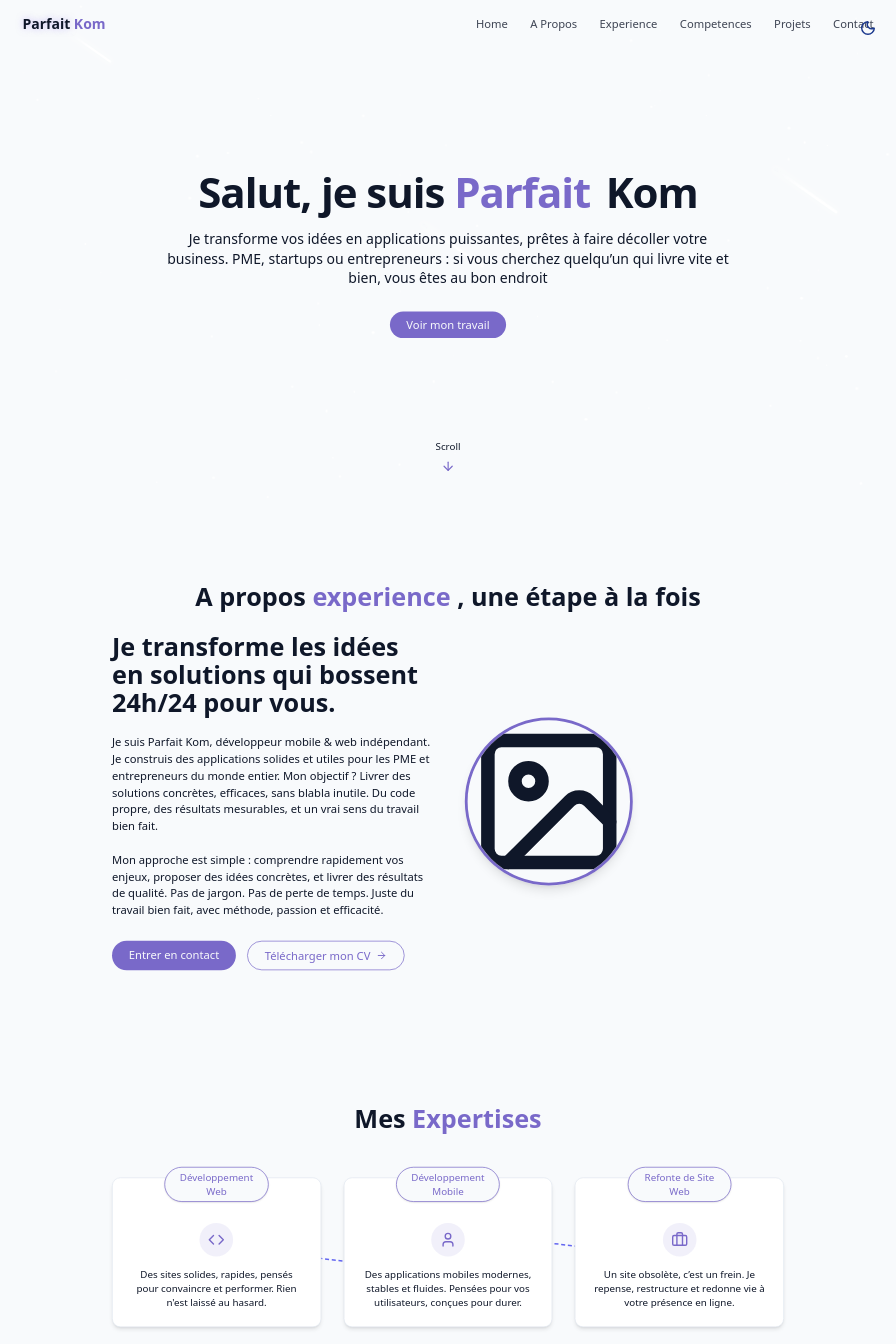
Repository: KOMI18/komi-folio
Page: /
The author's editor kept a copy of each file at every save. The page is drawn from the files as they stood at one save, then again after a run of saves.
The browser window is 1280 px wide. The pictures show the part of the page from y = 0 to 1920 px (the page is 6083 px tall), at 70% of full size.
The project was rebuilt for these pictures with package versions that can differ from the ones it lists, and the page was loaded fresh each time. Also part of the build but not shown: vite.config.js, src/pages/NotFound.jsx.

Above is the page before, as saved 2025-06-27 20:10:10.

### index.html
<!doctype html>
<html lang="en">
  <head>
    <meta charset="UTF-8" />
    <link rel="icon" type="image/svg+xml" href="" />
    <meta name="viewport" content="width=device-width, initial-scale=1.0" />
    <title>Parfait Kom</title>
  </head>
  <body>
    <div id="root"></div>
    <script type="module" src="/src/main.jsx"></script>
  </body>
</html>

### src/pages/Home.jsx
import { Navbar } from "../components/Navbar";
import { ThemeToggle } from "../components/ThemeToggle";
import { StarBackground } from "@/components/StarBackground";
import { HeroSection } from "../components/HeroSection";
import { AboutSection } from "../components/AboutSection";
import { SkillsSection } from "../components/SkillsSection";
import { ProjectsSection } from "../components/ProjectsSection";
import { ContactSection } from "../components/ContactSection";
import { Footer } from "../components/Footer";
import {ExperienceSection} from "../components/ExperianceSection"
import { ExpertiseSection } from "../components/ExpertiseSection";
export const Home = () => {
  return (
    <div className="min-h-screen bg-background text-foreground overflow-x-hidden">
      {/* Theme Toggle */}
      <ThemeToggle />
      {/* Background Effects */}
      <StarBackground />

      {/* Navbar */}
      <Navbar />
      {/* Main Content */}
      <main>
        <HeroSection />
        <AboutSection />
        <ExpertiseSection/>
        <ExperienceSection/>
        <SkillsSection />
        <ProjectsSection />
        <ContactSection />
      </main>

      {/* Footer */}
      <Footer />
    </div>
  );
};

### src/components/ui/toaster.jsx
import { useToast } from "@/hooks/use-toast";
import {
  Toast,
  ToastClose,
  ToastDescription,
  ToastProvider,
  ToastTitle,
  ToastViewport,
} from "@/components/ui/toast";

export function Toaster() {
  const { toasts } = useToast();

  return (
    <ToastProvider>
      {toasts.map(function ({ id, title, description, action, ...props }) {
        return (
          <Toast key={id} {...props}>
            <div className="grid gap-1">
              {title && <ToastTitle>{title}</ToastTitle>}
              {description && (
                <ToastDescription>{description}</ToastDescription>
              )}
            </div>
            {action}
            <ToastClose />
          </Toast>
        );
      })}
      <ToastViewport />
    </ToastProvider>
  );
}

### src/components/Navbar.jsx
import { cn } from "@/lib/utils";
import { Menu, X } from "lucide-react";
import { useEffect, useState } from "react";

const navItems = [
  { name: "Home", href: "#hero" },
  { name: "A Propos", href: "#about" },
  { name: "Experience", href: "#experience" },
  { name: "Competences", href: "#skills" },
  { name: "Projets", href: "#projects" },
  { name: "Contact", href: "#contact" },


];

export const Navbar = () => {
  const [isScrolled, setIsScrolled] = useState(false);
  const [isMenuOpen, setIsMenuOpen] = useState(false);

  useEffect(() => {
    const handleScroll = () => {
      setIsScrolled(window.screenY > 10);
    };

    window.addEventListener("scroll", handleScroll);
    return () => window.removeEventListener("scroll", handleScroll);
  }, []);
  return (
    <nav
      className={cn(
        "fixed w-full z-40 transition-all duration-300",
        isScrolled ? "py-3 bg-background/80 backdrop-blur-md shadow-xs" : "py-5"
      )}
    >
      <div className="container flex items-center justify-between">
        <a
          className="text-xl font-bold text-primary flex items-center"
          href="#hero"
        >
          <span className="relative z-10">
            <span className="text-glow text-foreground"> Parfait  </span>{" "}
            Kom
          </span>
        </a>

        {/* desktop nav */}
        <div className="hidden md:flex space-x-8">
          {navItems.map((item, key) => (
            <a
              key={key}
              href={item.href}
              className="text-foreground/80 hover:text-primary transition-colors duration-300"
            >
              {item.name}
            </a>
          ))}
        </div>

        {/* mobile nav */}

        <button
          onClick={() => setIsMenuOpen((prev) => !prev)}
          className="md:hidden p-2 text-foreground z-50"
          aria-label={isMenuOpen ? "Close Menu" : "Open Menu"}
        >
          {isMenuOpen ? <X size={24} /> : <Menu size={24} />}{" "}
        </button>

        <div
          className={cn(
            "fixed inset-0 bg-background/95 backdroup-blur-md z-40 flex flex-col items-center justify-center",
            "transition-all duration-300 md:hidden",
            isMenuOpen
              ? "opacity-100 pointer-events-auto"
              : "opacity-0 pointer-events-none"
          )}
        >
          <div className="flex flex-col space-y-8 text-xl">
            {navItems.map((item, key) => (
              <a
                key={key}
                href={item.href}
                className="text-foreground/80 hover:text-primary transition-colors duration-300"
                onClick={() => setIsMenuOpen(false)}
              >
                {item.name}
              </a>
            ))}
          </div>
        </div>
      </div>
    </nav>
  );
};

### src/components/ThemeToggle.jsx
import { Moon, Sun } from "lucide-react";
import { useEffect, useState } from "react";
import { cn } from "@/lib/utils";

export const ThemeToggle = () => {
  const [isDarkMode, setIsDarkMode] = useState(false);

  useEffect(() => {
    const storedTheme = localStorage.getItem("theme");
    if (storedTheme === "dark") {
      setIsDarkMode(true);
      document.documentElement.classList.add("dark");
    } else {
      localStorage.setItem("theme", "light");
      setIsDarkMode(false);
    }
  }, []);

  const toggleTheme = () => {
    if (isDarkMode) {
      document.documentElement.classList.remove("dark");
      localStorage.setItem("theme", "light");
      setIsDarkMode(false);
    } else {
      document.documentElement.classList.add("dark");
      localStorage.setItem("theme", "dark");
      setIsDarkMode(true);
    }
  };

  return (
    <button
      onClick={toggleTheme}
      className={cn(
        "fixed max-sm:hidden top-5 right-5 z-50 p-2 rounded-full transition-colors duration-300",
        "focus:outlin-hidden"
      )}
    >
      {isDarkMode ? (
        <Sun className="h-6 w-6 text-yellow-300" />
      ) : (
        <Moon className="h-6 w-6 text-blue-900" />
      )}
    </button>
  );
};

### src/components/StarBackground.jsx
import { useEffect, useState } from "react";

// id, size, x, y, opacity, animationDuration
// id, size, x, y, delay, animationDuration

export const StarBackground = () => {
  const [stars, setStars] = useState([]);
  const [meteors, setMeteors] = useState([]);

  useEffect(() => {
    generateStars();
    generateMeteors();

    const handleResize = () => {
      generateStars();
    };

    window.addEventListener("resize", handleResize);

    return () => window.removeEventListener("resize", handleResize);
  }, []);

  const generateStars = () => {
    const numberOfStars = Math.floor(
      (window.innerWidth * window.innerHeight) / 10000
    );

    const newStars = [];

    for (let i = 0; i < numberOfStars; i++) {
      newStars.push({
        id: i,
        size: Math.random() * 3 + 1,
        x: Math.random() * 100,
        y: Math.random() * 100,
        opacity: Math.random() * 0.5 + 0.5,
        animationDuration: Math.random() * 4 + 2,
      });
    }

    setStars(newStars);
  };

  const generateMeteors = () => {
    const numberOfMeteors = 4;
    const newMeteors = [];

    for (let i = 0; i < numberOfMeteors; i++) {
      newMeteors.push({
        id: i,
        size: Math.random() * 2 + 1,
        x: Math.random() * 100,
        y: Math.random() * 20,
        delay: Math.random() * 15,
        animationDuration: Math.random() * 3 + 3,
      });
    }

    setMeteors(newMeteors);
  };

  return (
    <div className="fixed inset-0 overflow-hidden pointer-events-none z-0">
      {stars.map((star) => (
        <div
          key={star.id}
          className="star animate-pulse-subtle"
          style={{
            width: star.size + "px",
            height: star.size + "px",
            left: star.x + "%",
            top: star.y + "%",
            opacity: star.opacity,
            animationDuration: star.animationDuration + "s",
          }}
        />
      ))}

      {meteors.map((meteor) => (
        <div
          key={meteor.id}
          className="meteor animate-meteor"
          style={{
            width: meteor.size * 50 + "px",
            height: meteor.size * 2 + "px",
            left: meteor.x + "%",
            top: meteor.y + "%",
            animationDelay: meteor.delay,
            animationDuration: meteor.animationDuration + "s",
          }}
        />
      ))}
    </div>
  );
};

### src/components/HeroSection.jsx
import { ArrowDown } from "lucide-react";

export const HeroSection = () => {
  return (
    <section
      id="hero"
      className="relative min-h-screen flex flex-col items-center justify-center px-4"
    >
      <div className="container max-w-4xl mx-auto text-center z-10">
        <div className="space-y-6">
          <h1 className="text-4xl md:text-6xl font-bold tracking-tight">
            <span className="opacity-0 animate-fade-in">Salut, je suis</span>
            <span className="text-primary opacity-0 animate-fade-in-delay-1">
              {" "}
              Parfait
            </span>
            <span className="text-gradient ml-2 opacity-0 animate-fade-in-delay-2">
              {" "}
              Kom
            </span>
          </h1>

          <p className="text-lg md:text-xl text-muted-foreground max-2-2xl mx-auto opacity-0 animate-fade-in-delay-3">
          Je transforme vos idées en applications  puissantes, prêtes à faire décoller votre business.
          PME, startups ou entrepreneurs : si vous cherchez quelqu’un qui livre vite et bien, vous êtes au bon endroit
          </p>

          <div className="pt-4 opacity-0 animate-fade-in-delay-4">
            <a href="#projects" className="cosmic-button">
             Voir mon travail
            </a>
          </div>
        </div>
      </div>

      <div className="absolute bottom-8 left-1/2 transform -translate-x-1/2 flex flex-col items-center animate-bounce">
        <span className="text-sm text-muted-foreground mb-2"> Scroll </span>
        <ArrowDown className="h-5 w-5 text-primary" />
      </div>
    </section>
  );
};

### src/components/AboutSection.jsx

import { ArrowRight , Image} from "lucide-react";

export const AboutSection = () => {
  return (
    <section id="about" className="py-24 px-4 bg-background">
       <h2 className="text-3xl md:text-4xl font-bold mb-4 py-4 text-center">
          {" "}
          A propos <span className="text-primary">experience</span> , une étape à la fois
        </h2>
      <div className="container mx-auto max-w-5xl grid grid-cols-1 md:grid-cols-2 gap-12 items-center">
        {/* Image */}


        {/* Content */}
        <div className="space-y-6">
          <h2 className="text-3xl md:text-4xl font-bold text-left  md:text-left">
            Je transforme les idées en solutions qui bossent 24h/24 pour vous.
          </h2>

          <p className="text-muted-foreground text-left md:text-left">
            Je suis Parfait Kom, développeur mobile & web indépendant. Je construis des applications solides et utiles pour les PME et entrepreneurs du monde entier. Mon objectif ? Livrer des solutions concrètes, efficaces, sans blabla inutile. Du code propre, des résultats mesurables, et un vrai sens du travail bien fait.
          </p>

          <p className="text-muted-foreground text-left md:text-left">
            Mon approche est simple : comprendre rapidement vos enjeux, proposer des idées concrètes, et livrer des résultats de qualité. Pas de jargon. Pas de perte de temps. Juste du travail bien fait, avec méthode, passion et efficacité.
          </p>

          <div className="flex flex-col sm:flex-row gap-4 pt-2">
            <a href="#contact" className="cosmic-button">
              Entrer en contact
            </a>

            <a
              href="/docs/Parfait_Kom_CV.pdf"
              download
              className="px-6 py-2 rounded-full border border-primary text-primary hover:bg-primary/10 transition-colors duration-300 flex items-center gap-2"
            >
              Télécharger mon CV <ArrowRight className="w-4 h-4" />
            </a>
          </div>
        </div>
        <div className="flex justify-center md:justify-start">
          <div className="w-48 h-48 md:w-60 md:h-60 rounded-full overflow-hidden border-4 border-primary shadow-lg">
            <Image
              src="/images/parfait-kom.jpg"
              alt="Parfait Kom"
              width={240}
              height={240}
              className="w-full h-full object-cover"
            />
          </div>
        </div>
      </div>
    </section>
  );
};

export default AboutSection;

### src/components/SkillsSection.jsx
import { useState } from "react";
import { cn } from "@/lib/utils";

const skills = [
  // Frontend
  { name: "HTML/CSS", level: 75, category: "frontend" },
  { name: "Flutter / Dart", level: 70, category: "frontend" },
  { name: "JavaScript", level: 60, category: "frontend" },
  { name: "React", level: 80, category: "frontend" },
  { name: "Tailwind CSS", level: 90, category: "frontend" },


  // Backend
  { name: "Node.js", level: 80, category: "backend" },
  { name: "Express", level: 75, category: "backend" },
  { name: "MongoDB", level: 70, category: "backend" },
  { name: "SQL", level: 70, category: "backend" },

  // Tools
  { name: "Git/GitHub", level: 80, category: "tools" },
  { name: "Docker", level: 50, category: "tools" },
  { name: "Figma", level: 65, category: "tools" },
  { name: "VS Code", level: 95, category: "tools" },
  { name: "Canva", level: 65, category: "tools" },
  { name: "Postman", level: 80, category: "tools" },
  { name: "Notion", level: 80, category: "tools" },
];

const categories = ["Tout", "frontend", "backend", "tools"];

export const SkillsSection = () => {
  const [activeCategory, setActiveCategory] = useState("Tout");

  const filteredSkills = skills.filter(
    (skill) => activeCategory === "Tout" || skill.category === activeCategory
  );
  return (
    <section id="skills" className="py-24 px-4 relative bg-secondary/30">
      <div className="container mx-auto max-w-5xl">
        <h2 className="text-3xl md:text-4xl font-bold mb-12 text-center">
        Mes  <span className="text-primary"> compétences</span>
        </h2>

        <div className="flex flex-wrap justify-center gap-4 mb-12">
          {categories.map((category, key) => (
            <button
              key={key}
              onClick={() => setActiveCategory(category)}
              className={cn(
                "px-5 py-2 rounded-full transition-colors duration-300 capitalize",
                activeCategory === category
                  ? "bg-primary text-primary-foreground"
                  : "bg-secondary/70 text-forefround hover:bd-secondary"
              )}
            >
              {category}
            </button>
          ))}
        </div>

        <div className="grid grid-cols-1 sm:grid-cols-2 lg:grid-cols-3 gap-6">
          {filteredSkills.map((skill, key) => (
            <div
              key={key}
              className="bg-card p-6 rounded-lg shadow-xs card-hover"
            >
              <div className="text-left mb-4">
                <h3 className="font-semibold text-lg"> {skill.name}</h3>
              </div>
              <div className="w-full bg-secondary/50 h-2 rounded-full overflow-hidden">
                <div
                  className="bg-primary h-2 rounded-full origin-left animate-[grow_1.5s_ease-out]"
                  style={{ width: skill.level + "%" }}
                />
              </div>

              <div className="text-right mt-1">
                <span className="text-sm text-muted-foreground">
                  {skill.level}%
                </span>
              </div>
            </div>
          ))}
        </div>
      </div>
    </section>
  );
};

### src/components/Footer.jsx
import { ArrowUp } from "lucide-react";

export const Footer = () => {
  return (
    <footer className="py-12 px-4 bg-card relative border-t border-border mt-12 pt-8 flex flex-wrap justify-between items-center">
      {" "}
      <p className="text-sm text-muted-foreground">
        {" "}
        &copy; {new Date().getFullYear()} Parfait Kom . All rights reserved.
      </p>
      <a
        href="#hero"
        className="p-2 rounded-full bg-primary/10 hover:bg-primary/20 text-primary transition-colors"
      >
        <ArrowUp size={20} />
      </a>
    </footer>
  );
};

### src/components/ExpertiseSection.jsx
import { Code, User, Briefcase } from "lucide-react";

export const ExpertiseSection = () => {
  const services = [
    {
      icon: <Code className="h-6 w-6 text-primary" />,
      title: "Développement Web",
      description:
        "Des sites solides, rapides, pensés pour convaincre et performer. Rien n'est laissé au hasard."
    },
    {
      icon: <User className="h-6 w-6 text-primary" />,
      title: "Développement Mobile",
      description:
        "Des applications mobiles modernes, stables et fluides. Pensées pour vos utilisateurs, conçues pour durer."
    },
    {
      icon: <Briefcase className="h-6 w-6 text-primary" />,
      title: "Refonte de Site Web",
      description:
        "Un site obsolète, c’est un frein. Je repense, restructure et redonne vie à votre présence en ligne."
    }
  ];

  return (
    <section id="expertise" className="py-24 px-4 bg-background relative">
      <div className="container max-w-5xl mx-auto text-center">
        <h2 className="text-3xl md:text-4xl font-bold mb-16">
          Mes <span className="text-primary">Expertises</span>
        </h2>

        <div className="relative grid grid-cols-1 md:grid-cols-3 gap-8">
          {/* Decorative SVG connecting lines */}
          <svg
            className="absolute inset-0 w-full h-full pointer-events-none"
            viewBox="0 0 1000 200"
            preserveAspectRatio="none"
            fill="none"
            xmlns="http://www.w3.org/2000/svg"
          >
            <path
              d="M 10 100 C 150 50, 350 150, 500 100"
              stroke="#6366f1"
              strokeWidth="2"
              strokeDasharray="6 4"
            />
            <path
              d="M 500 100 C 650 50, 850 150, 990 100"
              stroke="#6366f1"
              strokeWidth="2"
              strokeDasharray="6 4"
            />
          </svg>

          {services.map((service, index) => (
            <div
              key={index}
              className="relative z-10 bg-card border border-border rounded-xl p-6 shadow-md hover:shadow-lg transition-shadow duration-300"
            >
              <div className="absolute -top-4 left-1/2 -translate-x-1/2 bg-background px-3 py-1 rounded-full border border-primary text-primary text-sm font-medium shadow">
                {service.title}
              </div>
              <div className="flex flex-col items-center pt-10 space-y-4">
                <div className="p-3 rounded-full bg-primary/10">{service.icon}</div>
                <p className="text-muted-foreground text-sm text-center">
                  {service.description}
                </p>
              </div>
            </div>
          ))}
        </div>
      </div>
    </section>
  );
};

Loaded but not shown: src/main.jsx (common file); src/App.jsx (common file); src/index.css (common file); src/lib/utils.js (common file); src/hooks/use-toast.js (144 lines, source omitted); src/components/ContactSection.jsx (186 lines, source omitted); src/components/ProjectsSection.jsx (131 lines, source omitted); src/components/ui/toast.jsx (102 lines, source omitted); src/components/ExperianceSection.jsx (84 lines, source omitted)

After the next 2 saves:
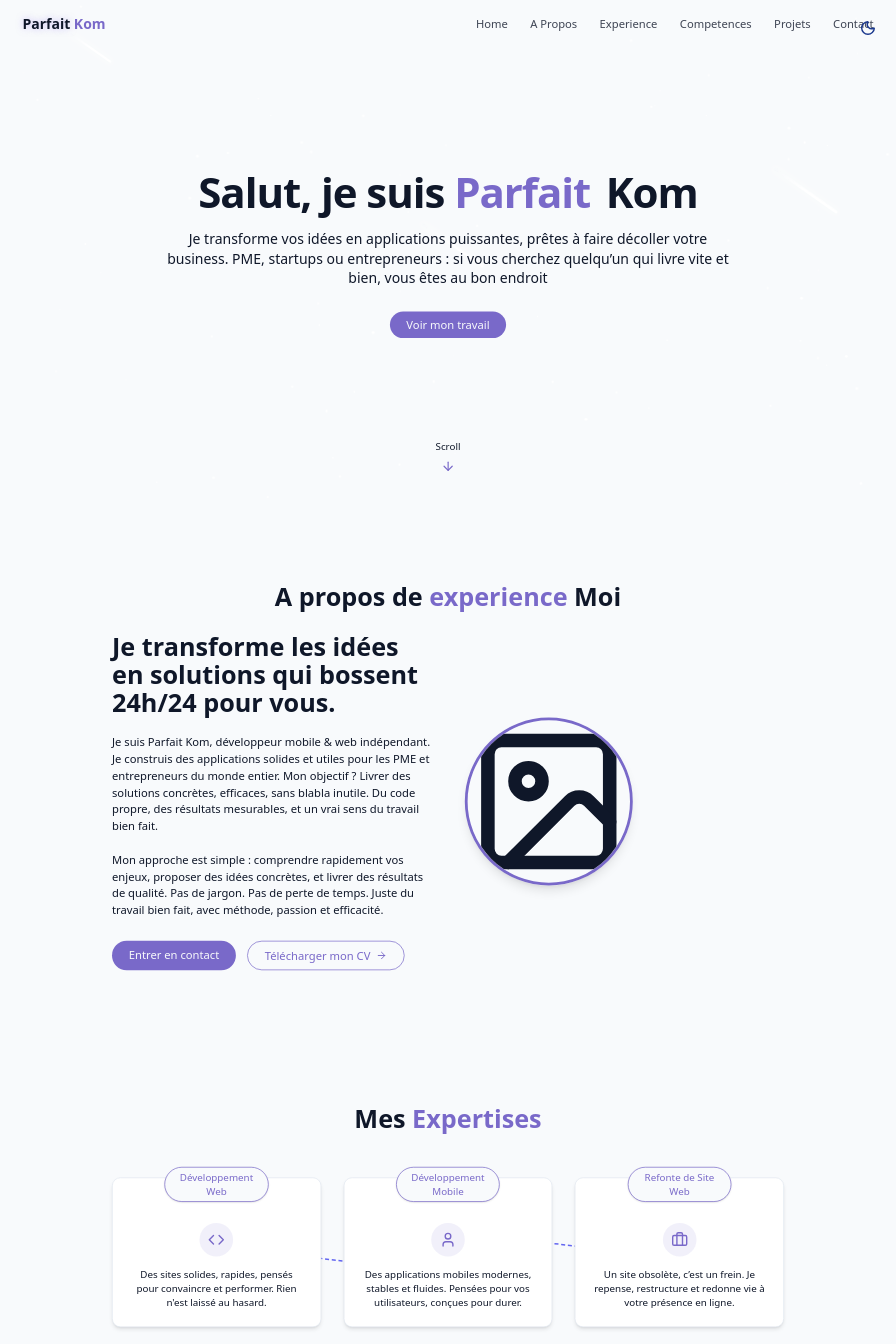
The 2 saves are shown as one change because they came seconds apart.
The last was saved 14 s later.
--- a/src/components/AboutSection.jsx
+++ b/src/components/AboutSection.jsx
@@ -6,7 +6,7 @@ export const AboutSection = () => {
     <section id="about" className="py-24 px-4 bg-background">
        <h2 className="text-3xl md:text-4xl font-bold mb-4 py-4 text-center">
           {" "}
-          A propos <span className="text-primary">experience</span> , une étape à la fois
+          A propos de <span className="text-primary">experience</span> Moi
         </h2>
       <div className="container mx-auto max-w-5xl grid grid-cols-1 md:grid-cols-2 gap-12 items-center">
         {/* Image */}
